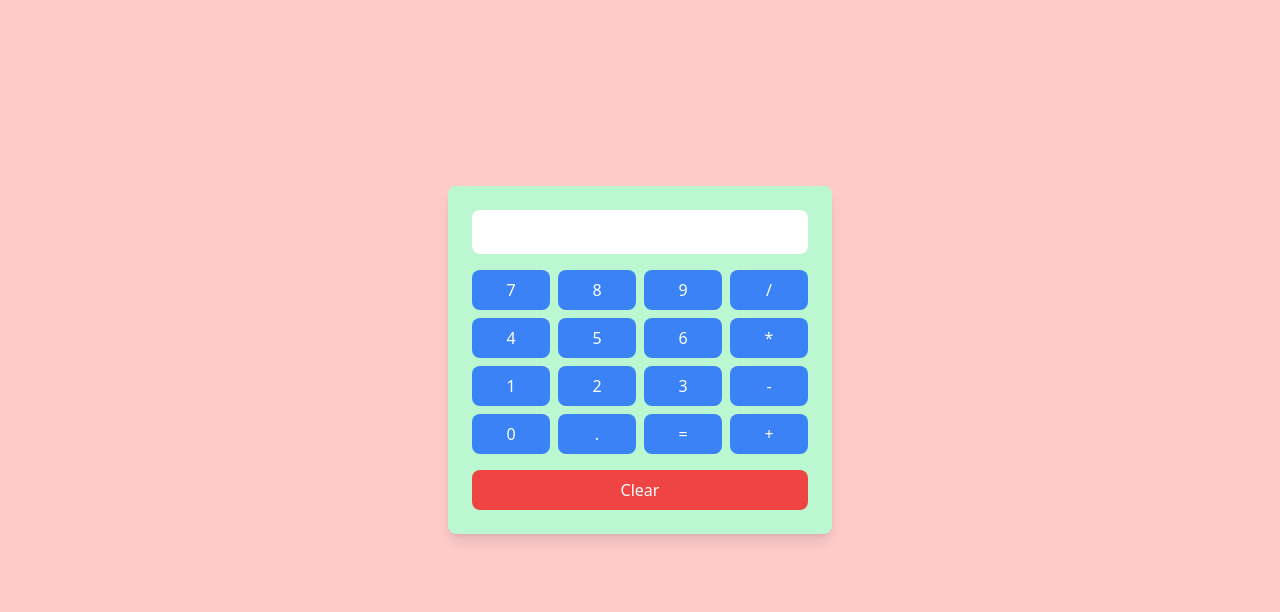
Repository: Sirinegaddour11/Calculator-App
Page: /
An editor plug-in stored every save of this project. The page is shown before and after a run of saves, followed by the edit.
The browser window is 1280 px wide. The pictures show the whole page.
The project was rebuilt for these pictures with package versions that can differ from the ones it lists, and the page was loaded fresh each time. The framework's server and built-in components were replaced by stand-ins that run in the browser. Also part of the build but not shown: next.config.mjs.

Above is the page before, as saved 2024-09-16 15:09:20.

After the next 2 saves:
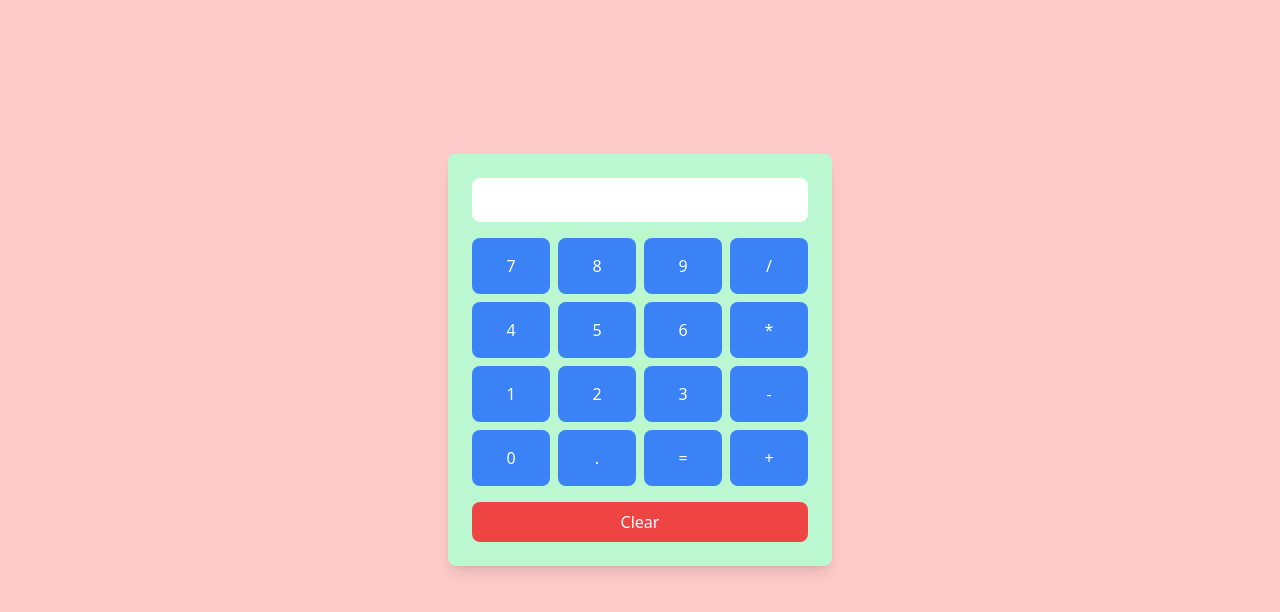
The 2 saves are shown as one change because they came seconds apart.
The last was saved 7 s later.
--- a/components/calculator.tsx
+++ b/components/calculator.tsx
@@ -29,7 +29,7 @@ const Calculator: React.FC = () => {
           {["7", "8", "9", "/"].map((value, index) => (
             <button
               key={index}
-              className="p-2 bg-blue-500 text-white rounded-lg hover:bg-blue-600"
+              className="p-4 bg-blue-500 text-white rounded-lg hover:bg-blue-600"
               onClick={() => handleButtonClick(value)}
             >
               {value}
@@ -38,7 +38,7 @@ const Calculator: React.FC = () => {
           {["4", "5", "6", "*"].map((value, index) => (
             <button
               key={index}
-              className="p-2 bg-blue-500 text-white rounded-lg hover:bg-blue-600"
+              className="p-4 bg-blue-500 text-white rounded-lg hover:bg-blue-600"
               onClick={() => handleButtonClick(value)}
             >
               {value}
@@ -47,7 +47,7 @@ const Calculator: React.FC = () => {
           {["1", "2", "3", "-"].map((value, index) => (
             <button
               key={index}
-              className="p-2 bg-blue-500 text-white rounded-lg hover:bg-blue-600"
+              className="p-4 bg-blue-500 text-white rounded-lg hover:bg-blue-600"
               onClick={() => handleButtonClick(value)}
             >
               {value}
@@ -56,7 +56,7 @@ const Calculator: React.FC = () => {
           {["0", ".", "=", "+"].map((value, index) => (
             <button
               key={index}
-              className="p-2 bg-blue-500 text-white rounded-lg hover:bg-blue-600"
+              className="p-4 bg-blue-500 text-white rounded-lg hover:bg-blue-600"
               onClick={() =>
                 value === "=" ? handleCalculate() : handleButtonClick(value)
               }
